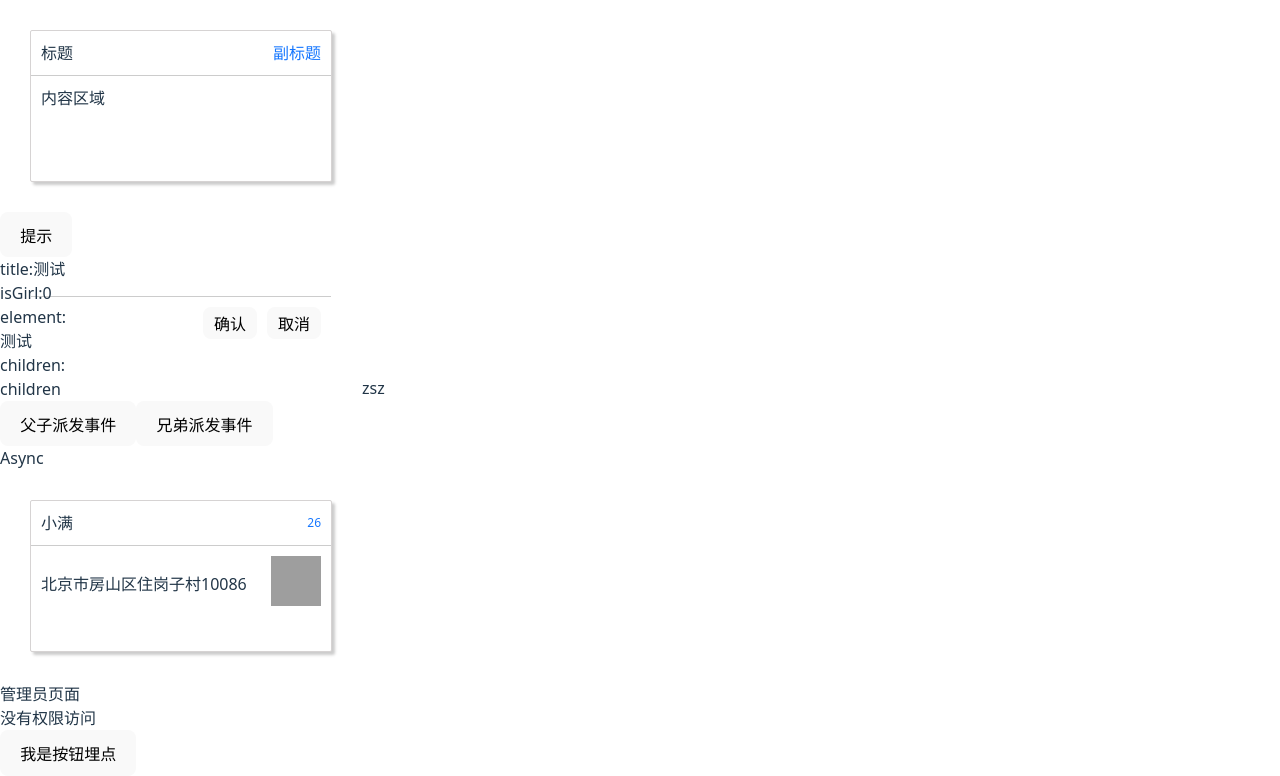
Repository: EDMZJJJ/learn-react
Page: /
An editor plug-in stored every save of this project. The page is shown before and after the next save, followed by the edit.
The browser window is 1280 px wide. The pictures show the whole page.
Pictures or frames that could not be fetched are drawn as grey boxes. The project was rebuilt for these pictures with package versions that can differ from the ones it lists, and the page was loaded fresh each time. Also part of the build but not shown: vite.config.ts, src/components/Skeleton/index.css, src/components/Message/index.css, src/components/Message/index.tsx.

Above is the page before, as saved 2026-03-11 14:41:33.

After the next save:
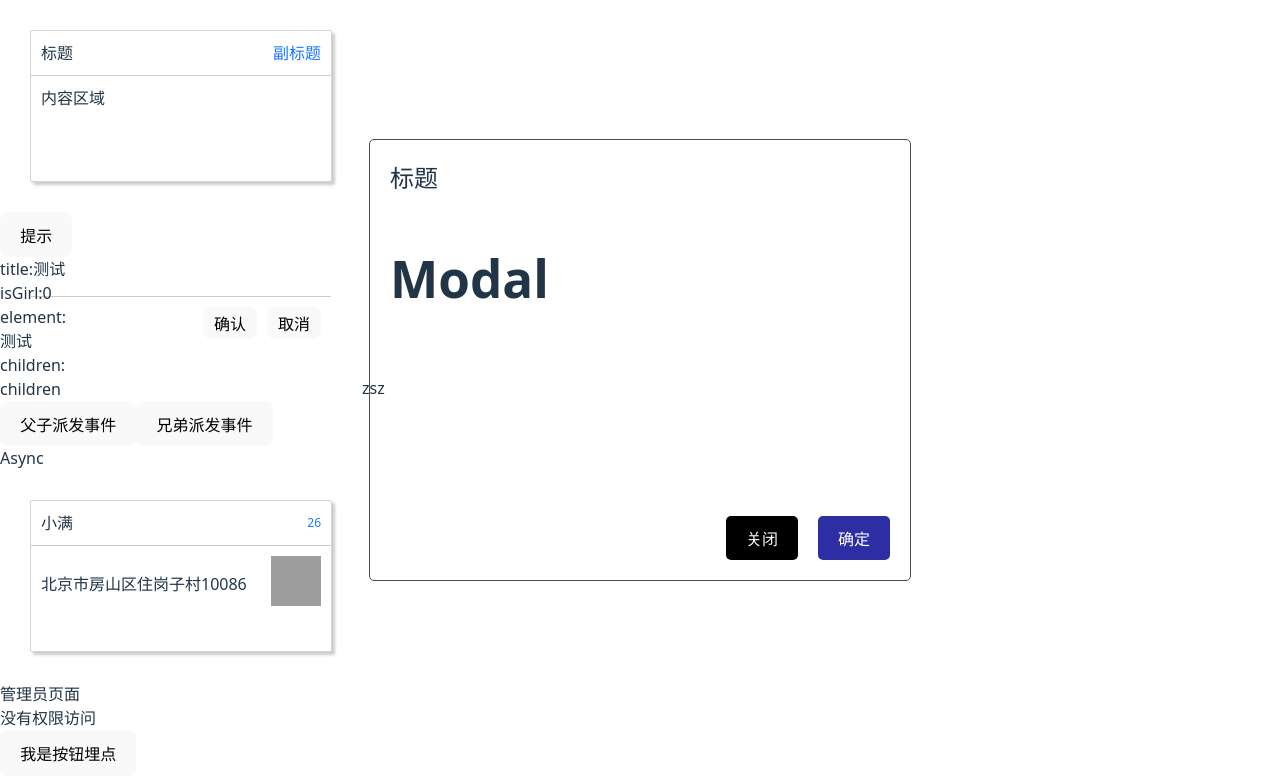
Saved 11 s later.
--- a/src/App.tsx
+++ b/src/App.tsx
@@ -124,6 +124,8 @@ const App: React.FC = () =>  {
 
       {/* createPortal:是个api,将一个组件渲染到DOM的任意位置 */}
       {createPortal(<div>zsz</div>, document.body)}
+
+      <Modal />
     </>
   )
 }
